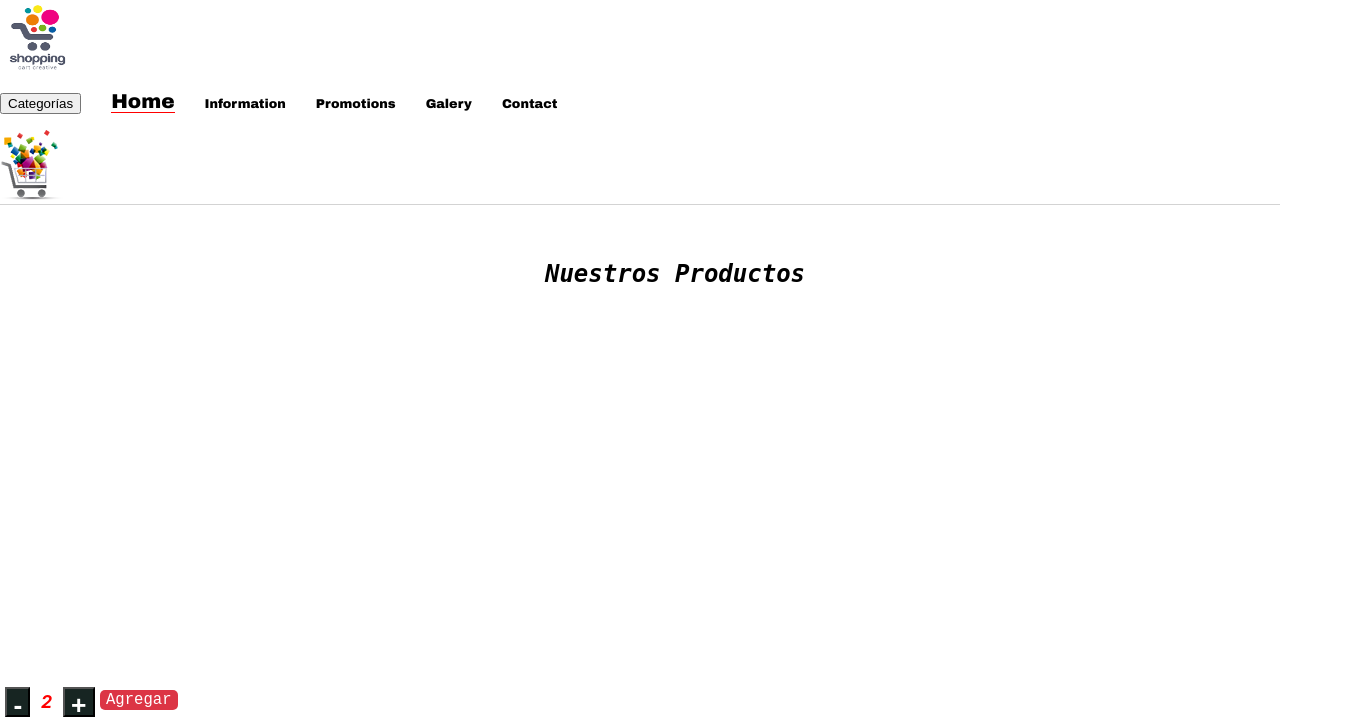
Repository: gustavomanuelquintana/CoderRepository
Page: / (app in cards-commers/)
An editor plug-in stored every save of this project. The page is shown before and after the next save, followed by the edit.
The browser window is 1280 px wide. The page is 1350 px wide, so the pictures cover 1350 px, including what lies to the right of the window. The pictures show the whole page.
The project was rebuilt for these pictures with package versions that can differ from the ones it lists, and the page was loaded fresh each time.

Above is the page before, as saved 2020-10-31 14:03:30.

After the next save:
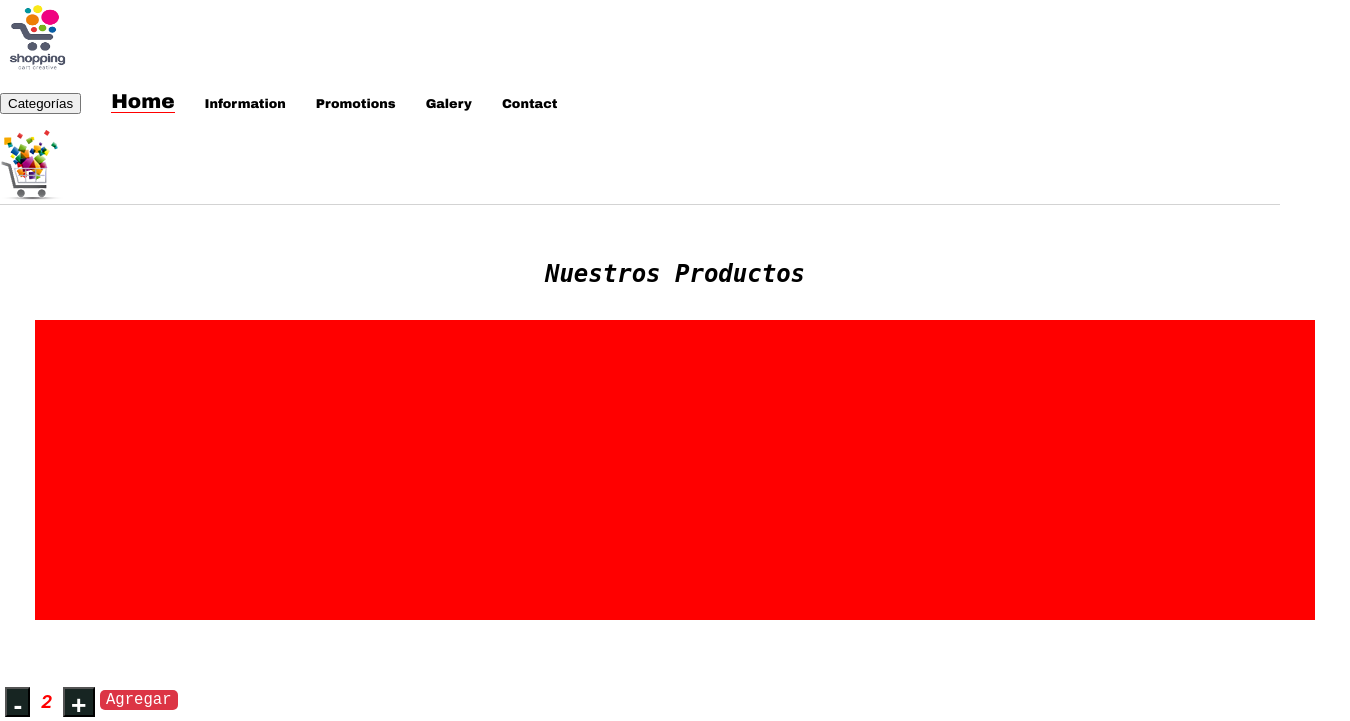
Saved 11 s later.
--- a/cards-commers/src/Components/ItemListContainer/Item/Item.css
+++ b/cards-commers/src/Components/ItemListContainer/Item/Item.css
@@ -1,5 +1,5 @@
 .Item{
-    background-color: white;
+    background-color: red;
     width:100%;
     height:300px;
 }
